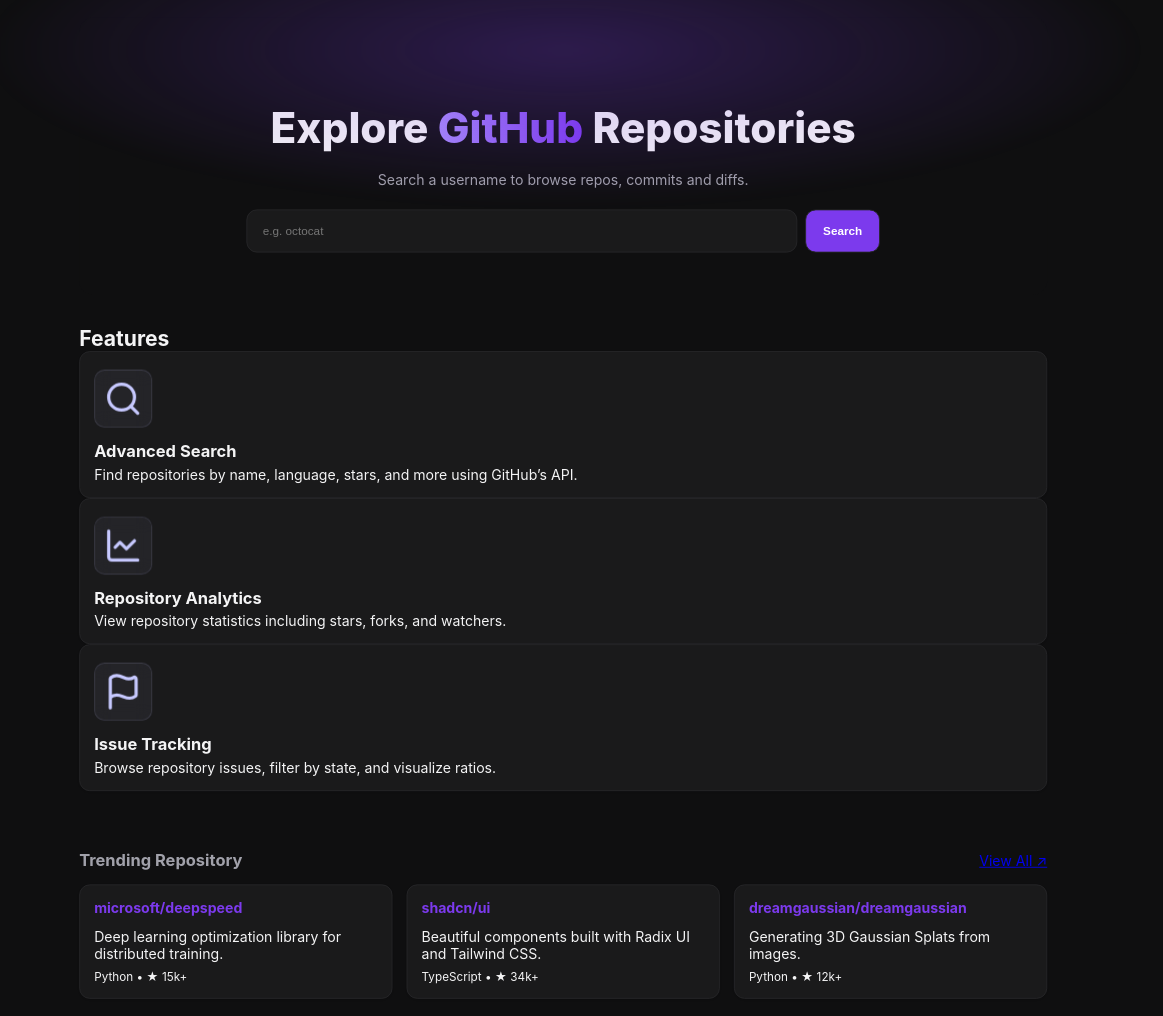
Repository: Tshenolo1994/username-repo
Page: /
These files come from the project's save history. The page is drawn as it stood at one moment and after the next save; the edit follows.
The browser window is 1280 px wide. The page is 1322 px wide, so the pictures cover 1322 px, including what lies to the right of the window. The pictures show the whole page, at 88% of full size.
The project was rebuilt for these pictures with package versions that can differ from the ones it lists, and the page was loaded fresh each time. Also part of the build but not shown: vite.config.ts, src/views/RepoView.vue.

Above is the page before, as saved 2025-10-27 00:24:55.

After the next save:
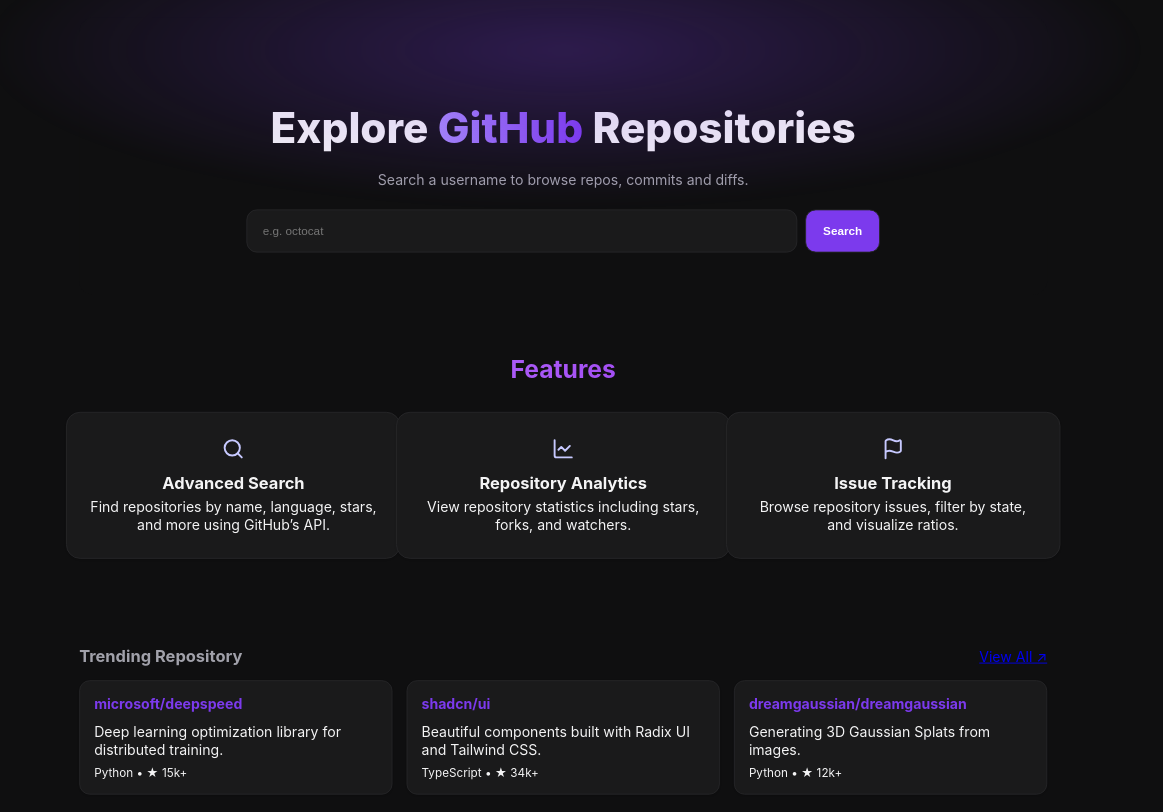
Saved 88 s later.
--- a/src/components/FeatureCards.vue
+++ b/src/components/FeatureCards.vue
@@ -3,24 +3,24 @@
 </script>
 
 <template>
-  <section class="features-block">
-    <h2 class="section-title">Features</h2>
+  <section class="features-section">
+    <h2 class="section-heading">Features</h2>
 
-    <div class="features">
+    <div class="feature-grid">
       <article class="card glass">
-        <Search class="icon" :size="24" />
+        <Search class="icon" :size="26" />
         <h3>Advanced Search</h3>
         <p>Find repositories by name, language, stars, and more using GitHub’s API.</p>
       </article>
 
       <article class="card glass">
-        <LineChart class="icon" :size="24" />
+        <LineChart class="icon" :size="26" />
         <h3>Repository Analytics</h3>
         <p>View repository statistics including stars, forks, and watchers.</p>
       </article>
 
       <article class="card glass">
-        <Flag class="icon" :size="24" />
+        <Flag class="icon" :size="26" />
         <h3>Issue Tracking</h3>
         <p>Browse repository issues, filter by state, and visualize ratios.</p>
       </article>
@@ -29,14 +29,44 @@
 </template>
 
 <style scoped>
+.features-section {
+  display: grid;
+  gap: 2rem;
+  text-align: center;
+  padding: 2rem 0;
+}
+
+.section-heading {
+  font-size: 1.75rem;
+  font-weight: 700;
+  background: linear-gradient(90deg, #c084fc, #a855f7, #7e22ce);
+  -webkit-background-clip: text;
+  -webkit-text-fill-color: transparent;
+}
+
+.feature-grid {
+  display: grid;
+  grid-template-columns: repeat(auto-fit, minmax(260px, 1fr));
+  gap: 1.5rem;
+  justify-items: center;
+}
+
+.card {
+  width: 100%;
+  max-width: 330px;
+  padding: 1.75rem 1.5rem;
+  text-align: center;
+  border-radius: 16px;
+  transition: transform 0.25s ease, box-shadow 0.25s ease;
+}
+
+.card:hover {
+  transform: translateY(-4px);
+  box-shadow: 0 10px 25px rgba(0, 0, 0, 0.4);
+}
+
 .icon {
-  width: 44px; height: 44px; padding: 10px;
+  margin-bottom: 0.75rem;
   color: #c7c9ff;
-  background: rgba(199,201,255,0.06);
-  border: 1px solid rgba(199,201,255,0.15);
-  border-radius: 12px;
-  backdrop-filter: blur(10px) saturate(115%);
-  -webkit-backdrop-filter: blur(10px) saturate(115%);
-  margin: .25rem auto .75rem;
 }
 </style>
